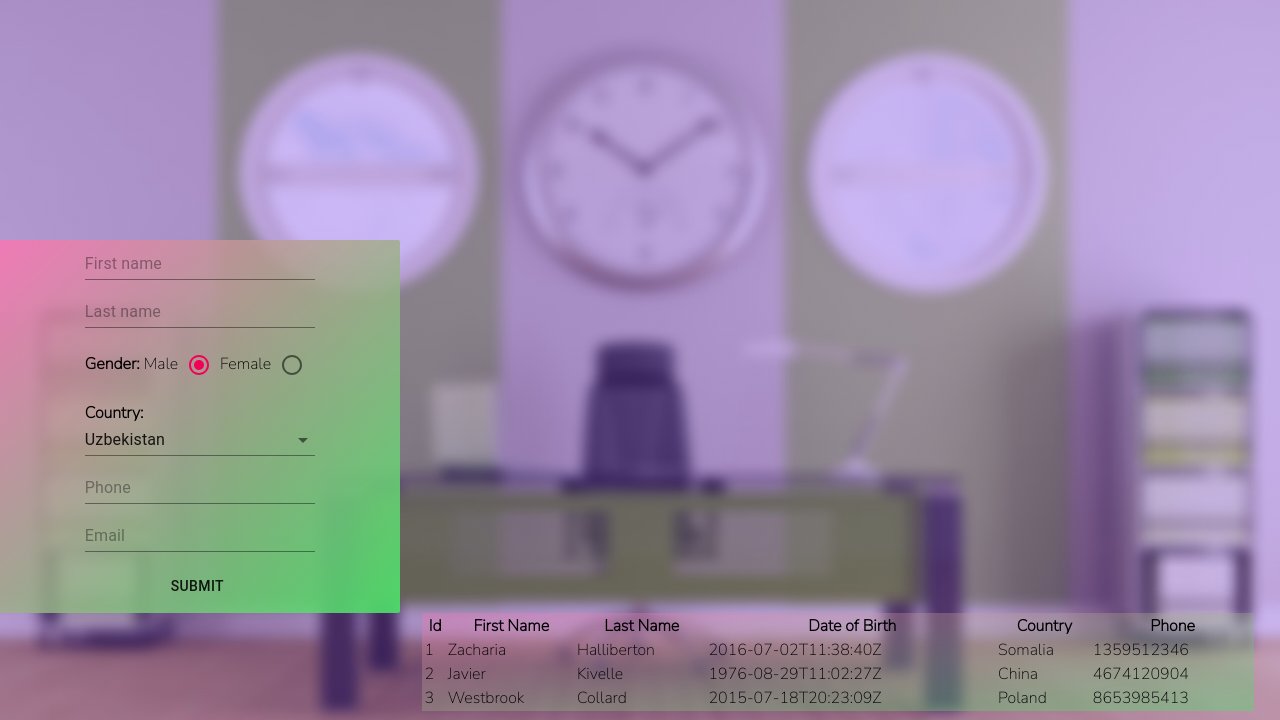
Repository: abrorsaidov/table-table
Page: /
These files come from the project's save history. The page is drawn as it stood at one moment and after the next save; the edit follows.
The browser window is 1280 px wide. The pictures show the whole page.
The project was rebuilt for these pictures with package versions that can differ from the ones it lists, and the page was loaded fresh each time. Also part of the build but not shown: src/components/ComponentC.js.

Above is the page before, as saved 2020-12-05 00:38:33.

After the next save:
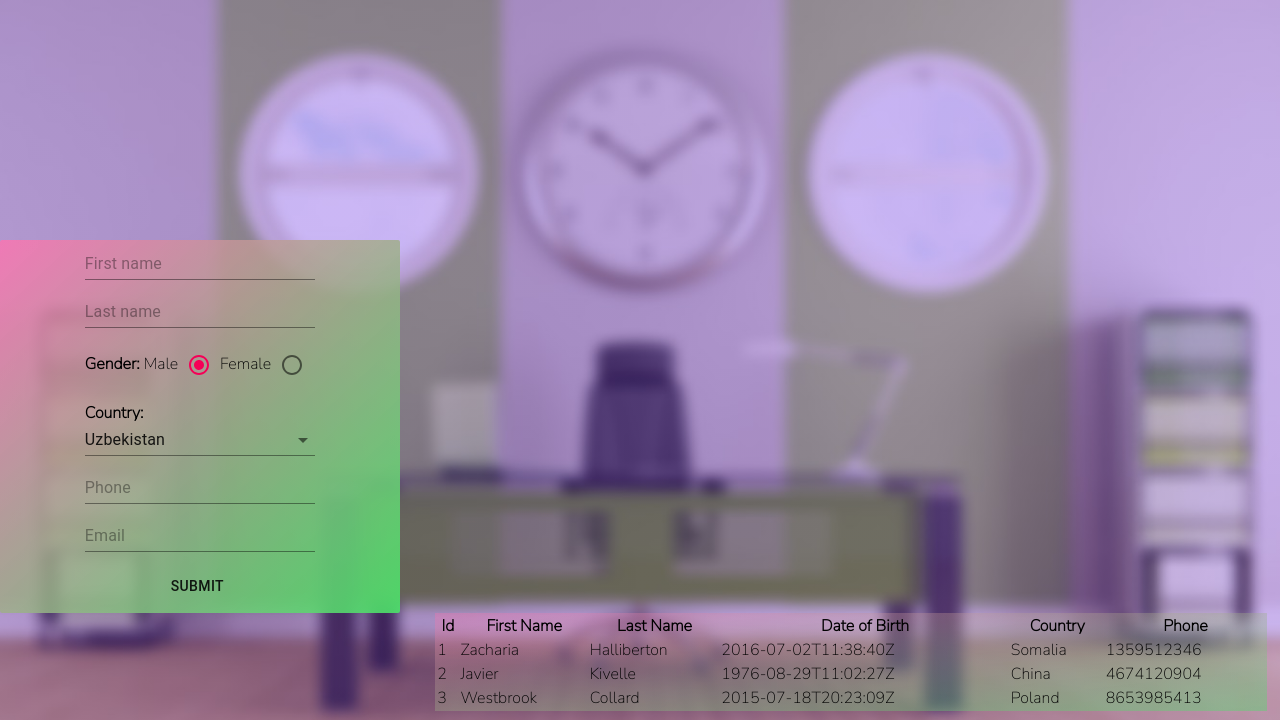
Saved 10 s later.
--- a/src/App.css
+++ b/src/App.css
@@ -81,7 +81,7 @@ option {
   );
   position: absolute;
   width: 65%;
-  right: 2%;
+  right: 1%;
   /* justify-content: center;
   display: flex; */
 }
